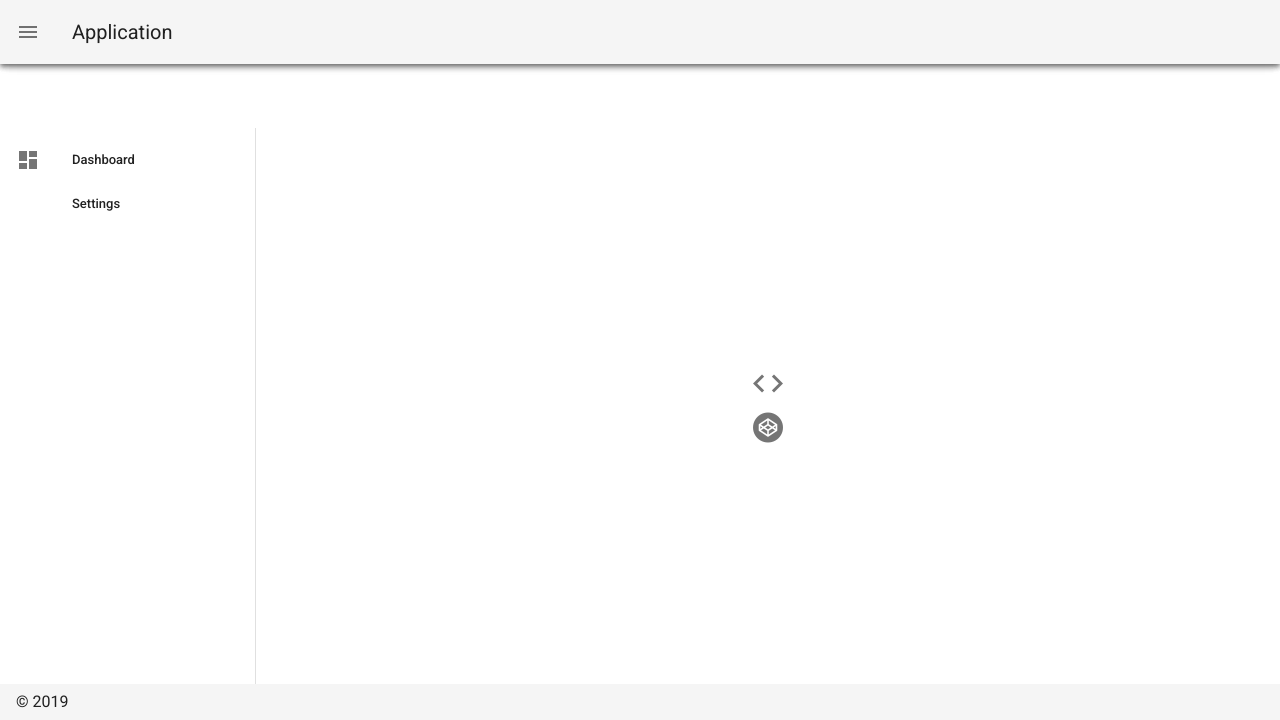
Repository: taniwhy/open-campus-system
Page: /#/login (app in client_view/)
An editor plug-in stored every save of this project. The page is shown before and after the next save, followed by the edit.
The browser window is 1280 px wide. The pictures show the whole page.
The project was rebuilt for these pictures with package versions that can differ from the ones it lists, and the page was loaded fresh each time. Also part of the build but not shown: client_view/vue.config.js, client_view/src/components/Home.vue, client_view/src/components/Branch.vue, client_view/src/components/Register.vue, client_view/src/components/Base_form.vue, client_view/src/components/Confirmation.vue.

Above is the page before, as saved 2019-12-04 11:27:15.

After the next save:
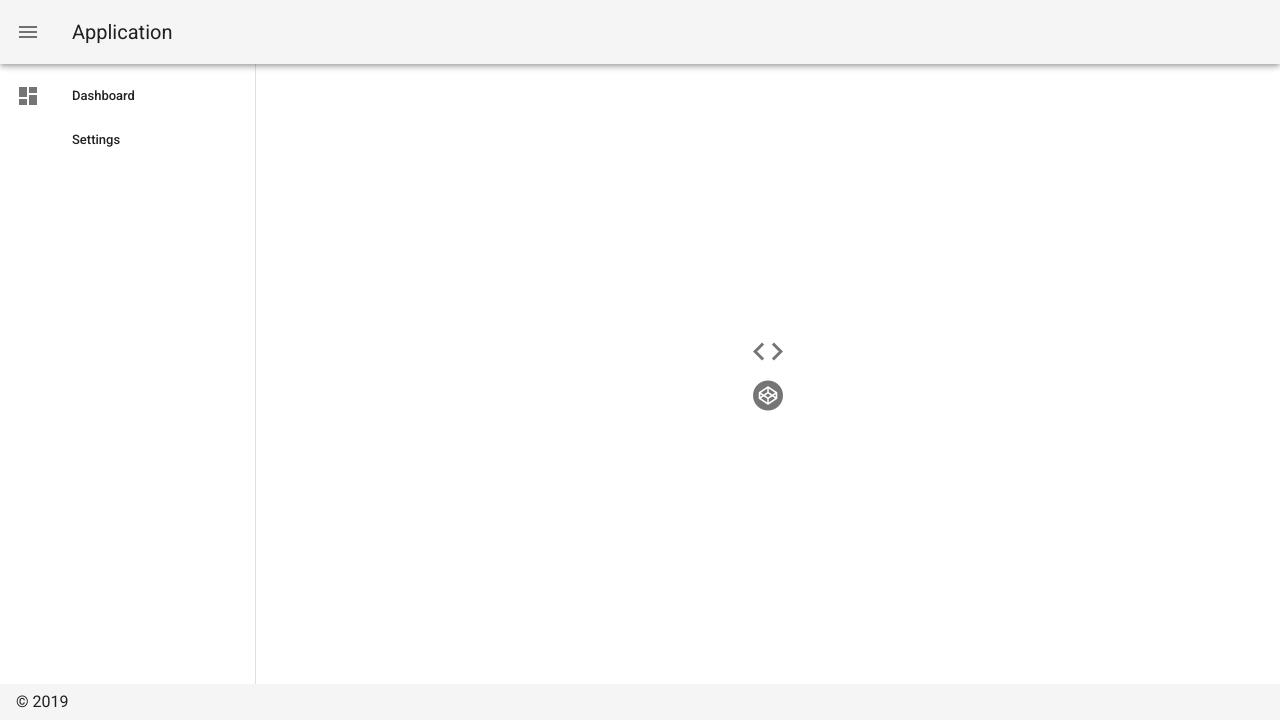
Saved 92 s later.
--- a/client_view/src/components/Admin.vue
+++ b/client_view/src/components/Admin.vue
@@ -24,14 +24,6 @@
         </v-list-item>
       </v-list>
     </v-navigation-drawer>
-
-    <v-app-bar
-      app
-      clipped-left
-    >
-      <v-app-bar-nav-icon @click.stop="drawer = !drawer" />
-      <v-toolbar-title>Application</v-toolbar-title>
-    </v-app-bar>
 
     <v-content>
       <v-container

After the save that followed:
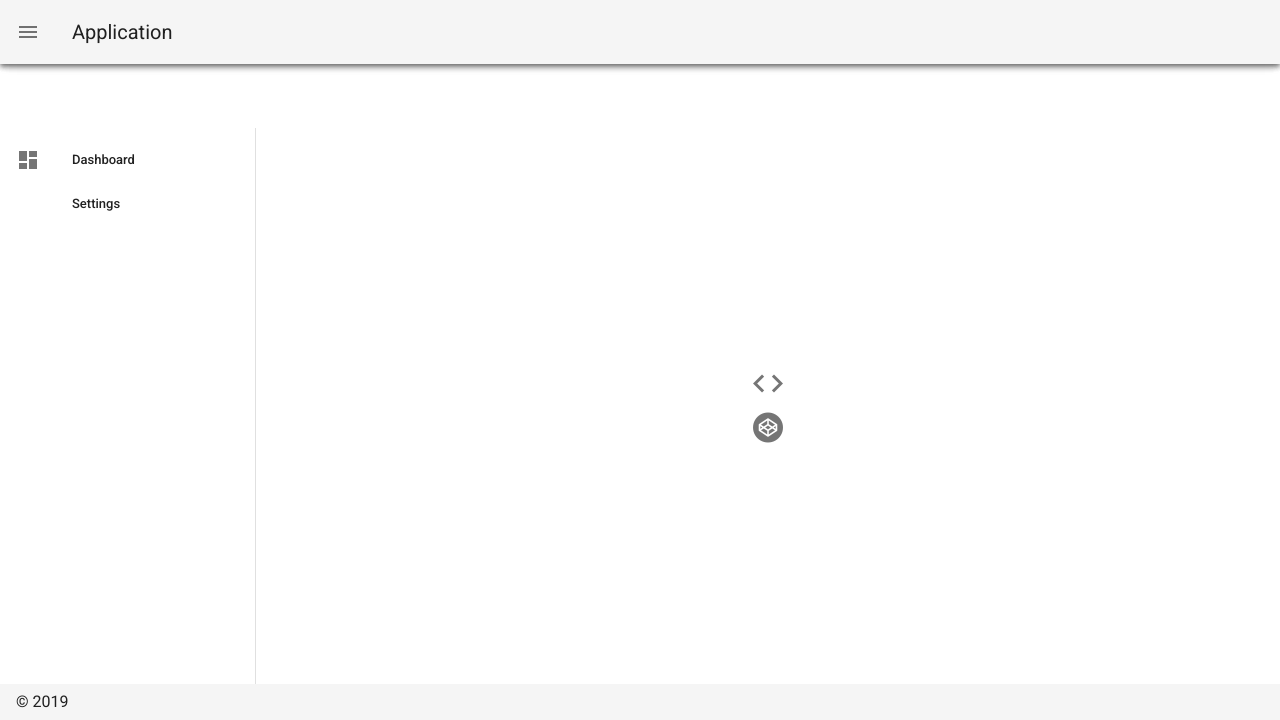
Saved 10 s later.
--- a/client_view/src/components/Admin.vue
+++ b/client_view/src/components/Admin.vue
@@ -24,6 +24,14 @@
         </v-list-item>
       </v-list>
     </v-navigation-drawer>
+
+    <v-app-bar
+      app
+      clipped-left
+    >
+      <v-app-bar-nav-icon @click.stop="drawer = !drawer" />
+      <v-toolbar-title>Application</v-toolbar-title>
+    </v-app-bar>
 
     <v-content>
       <v-container
